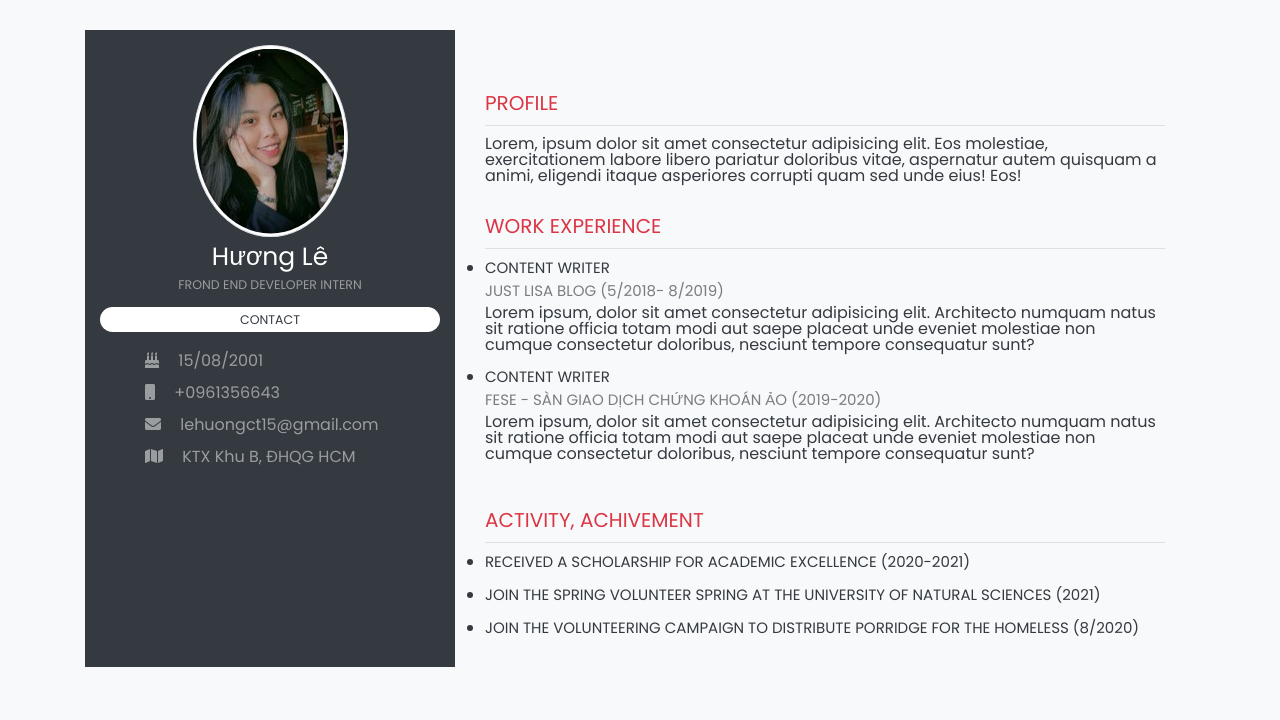
Repository: huongle158/cvhuongle
Page: index.html
An editor plug-in stored every save of this project. The page is shown before and after the next save, followed by the edit.
The browser window is 1280 px wide. The pictures show the whole page.
The page's requests for data from a server got no answer. Some web libraries are served in a nearby version.

Above is the page before, as saved 2021-12-13 01:17:05.

### index.html
<!DOCTYPE html>
<html lang="en">
  <head>
    <title>Resume</title>
    <link
      href="https://fonts.googleapis.com/css2?family=Poppins:wght@400;600&display=swap"
      rel="stylesheet"
    />
    <link rel="stylesheet" href="https://cdnjs.cloudflare.com/ajax/libs/font-awesome/5.10.0/css/all.min.css" integrity="sha512-PgQMlq+nqFLV4ylk1gwUOgm6CtIIXkKwaIHp/PAIWHzig/lKZSEGKEysh0TCVbHJXCLN7WetD8TFecIky75ZfQ==" crossorigin="anonymous" referrerpolicy="no-referrer" />
    <!-- Required meta tags -->
    <meta charset="utf-8" />
    <meta
      name="viewport"
      content="width=device-width, initial-scale=1, shrink-to-fit=no"
    />

    <!-- Bootstrap CSS -->
    <link
      rel="stylesheet"
      href="https://stackpath.bootstrapcdn.com/bootstrap/4.3.1/css/bootstrap.min.css"
      integrity="sha384-ggOyR0iXCbMQv3Xipma34MD+dH/1fQ784/j6cY/iJTQUOhcWr7x9JvoRxT2MZw1T"
      crossorigin="anonymous"
    />
    <link rel="stylesheet" href="./assets/css/style.css" />
  </head>
  <body class="bg-light">
    <div class="container p-5">
      <div class="row">

        <div class="col-lg-4 bg-dark text-white text-center py-4">
          <div class="header-left">
            <img
              src="./assets/img/188108614_380364193279457_3096500343222530064_n (1).jpg"
              alt=""
              class="img-thumbnail rounded-circle mb-2"
            />
            <h1 class="display-5">Hương Lê</h1>
            <h4 class="lead text-uppercase text-white-50 mb-4">
              Frond End Developer Intern
            </h4>
          </div>

          <div>
              <h5 class="text-uppercase bg-white text-dark py-2 rounded-pill mb-4" >contact</h5>
              <ul class="list-unstyled text-white-50 ml-5 py-2 text-left">
                  <li class="list-item mb-4">
                      <i class="fas fa-birthday-cake mx-4"></i>
                     15/08/2001
                  </li>
                  <li class="list-item mb-4">
                      <i class="fa fa-mobile mx-4"></i>
                      +0961356643
                  </li>
                  <li class="list-item mb-4">
                      <i class="fa fa-envelope mx-4"></i>
                      lehuongct15@gmail.com
                  </li>
                  <li class="list-item mb-4">
                      <i class="fa fa-map mx-4"></i>
                      KTX Khu B, ĐHQG HCM
                  </li>
              </ul>
          </div>
          <div class="m-skill">
              <!-- <h5 class="text-uppercase bg-white text-dark py-2 rounded-pill mb-4" >skills</h5>
              <ul class="list text-white-50 ml-5 py-2 text-left text-capitalize">
                <li class="list-item mb-4">Writing skills</li>
                <li class="list-item mb-4">English skills</li>
                <li class="list-item mb-4">Basically using Figma, Git</li>
                <li class="list-item mb-4">draw diagrams related to Business Analystt</li>
              </ul> -->
          </div>

        </div>

        <div class="col-lg-8 bg-light text-dark py-4 px-5">
             <div class="header-right mb-5 m-education">
                <!-- <h2 class="text-uppercase text-danger">Education</h2>
                <hr>
                 <ul class="list">
                <li class="list-item mb-4">University of Economic and Laws - VNU - HCM ( 8/2019 - Now)</li>
                <li class="list-item mb-4">Management Information System Major (MIS)</li>
                <li class="list-item mb-4">GPA: 7.74</li>
              </ul> -->
            </div>

            <br>
            <div class="header-right mb-5">
                <h2 class="text-uppercase text-danger">profile</h2>
                <hr>
                <p>Lorem, ipsum dolor sit amet consectetur adipisicing elit. Eos molestiae, exercitationem labore libero pariatur doloribus vitae, aspernatur autem quisquam a animi, eligendi itaque asperiores corrupti quam sed unde eius! Eos!</p>

            </div>

            <div class="mb-5">
                <h2 class="text-uppercase text-danger">Work Experience</h2>
                <hr>
                <ul class="list">
                <li class="list-item mb-4">
                    <h4 class="display-6 text-uppercase">Content Writer</h4>
                    <h4 class="text-uppercase text-black-50">Just Lisa blog  (5/2018- 8/2019) </h4>
                    <p>Lorem ipsum, dolor sit amet consectetur adipisicing elit. Architecto numquam natus sit ratione officia totam modi aut saepe placeat unde eveniet molestiae non cumque consectetur doloribus, nesciunt tempore consequatur sunt?</p>
                </li>
                 <li class="list-item mb-4">
                    <h4 class="display-6 text-uppercase">Content Writer</h4>
                    <h4 class="text-uppercase text-black-50">FESE - Sàn Giao dịch Chứng khoán ảo (2019-2020)</h4>
                    <p>Lorem ipsum, dolor sit amet consectetur adipisicing elit. Architecto numquam natus sit ratione officia totam modi aut saepe placeat unde eveniet molestiae non cumque consectetur doloribus, nesciunt tempore consequatur sunt?</p>
                </li>

              </ul>

            </div>
            <br>
             <div>
                <h2 class="text-uppercase text-danger">Activity, Achivement</h2>
                <hr>
                <ul class="list">

                 <li class="list-item mb-4">
                    <h4 class="display-6 text-uppercase">Received a scholarship for academic excellence (2020-2021)</h4>
                </li>
                <li class="list-item mb-4">
                    <h4 class="display-6 text-uppercase">Join the Spring Volunteer Spring at the University of Natural Sciences (2021)</h4>
                </li>
                <li class="list-item mb-4">
                    <h4 class="display-6 text-uppercase">Join the volunteering campaign to distribute porridge for the homeless (8/2020)</h4>
                </li>

              </ul>

            </div>
        </div>
      </div>
    </div>

    <!-- Optional JavaScript -->
    <!-- jQuery first, then Popper.js, then Bootstrap JS -->
    <script
      src="https://code.jquery.com/jquery-3.3.1.slim.min.js"
      integrity="sha384-q8i/X+965DzO0rT7abK41JStQIAqVgRVzpbzo5smXKp4YfRvH+8abtTE1Pi6jizo"
      crossorigin="anonymous"
    ></script>
    <script
      src="https://cdnjs.cloudflare.com/ajax/libs/popper.js/1.14.7/umd/popper.min.js"
      integrity="sha384-UO2eT0CpHqdSJQ6hJty5KVphtPhzWj9WO1clHTMGa3JDZwrnQq4sF86dIHNDz0W1"
      crossorigin="anonymous"
    ></script>
    <script
      src="https://stackpath.bootstrapcdn.com/bootstrap/4.3.1/js/bootstrap.min.js"
      integrity="sha384-JjSmVgyd0p3pXB1rRibZUAYoIIy6OrQ6VrjIEaFf/nJGzIxFDsf4x0xIM+B07jRM"
      crossorigin="anonymous"
    ></script>
    <script src="./assets/js/main.js"></script>
  </body>
</html>

### assets/css/style.css
html {
  box-sizing: border-box;
  font-family: 'Roboto', sans-serif;
}
* {
  margin: 0;
  padding: 0;
}
*,
*:before,
*:after {
  box-sizing: border-box;
}
input,
textarea,
select,
button {
  outline: none;
}
input {
  line-height: normal;
}
label,
button {
  cursor: pointer;
}
a {
  text-decoration: none;
}
img {
  display: block;
  max-width: 100%;
}
*,
*:before,
*:after {
  box-sizing: border-box;
}
/* using rem unit */
html {
  font-size: 62.5%;
}
a {
  text-decoration: none;
}
img {
  display: block;
  max-width: 100%;
}
body {
  font-family: "Poppins", sans-serif;
  font-size: 16px;
  line-height: 1;
}
/*  */
img.rounded-circle{
margin: 0 auto;
}

### assets/js/main.js
const educationpoint = "http://localhost:3000";
const education = "education";
const skill="skill"

async function displayEducation() {
    // const promise = await fetch(`${educationpoint}/${education}`);
    // const edudata = await promise.json();
    const edudata = await (await fetch(`${educationpoint}/${education}`)).json();
    const skillData = await (
      await fetch(`${educationpoint}/${skill}`)
    ).json();
    const eduEle = document.querySelector(".m-education");
    const skillEle = document.querySelector(".m-skill");
    const eduTemplate = `<h2 class="text-uppercase text-danger">Education</h2>
                <hr>
                 <ul class="list">
                <li class="list-item mb-4">${edudata[0].university}</li>
                <li class="list-item mb-4">${edudata[0].major}</li>
                <li class="list-item mb-4">GPA: ${edudata[0].gpa}</li>
              </ul>`;
    const skillTemplate = `<h5 class="text-uppercase bg-white text-dark py-2 rounded-pill mb-4" >skills</h5>
              <ul class="list text-white-50 ml-5 py-2 text-left text-capitalize">
                <li class="list-item mb-4">${skillData[0].skill1}</li>
                <li class="list-item mb-4">${skillData[0].skill2}</li>
                <li class="list-item mb-4">${skillData[0].skill3}</li>
                <li class="list-item mb-4">${skillData[0].skill4}</li>
              </ul>`;
    eduEle.insertAdjacentHTML("afterbegin", eduTemplate)
    skillEle.innerHTML = skillTemplate;
    // console.log(skillData)


}
displayEducation();

After the next save:
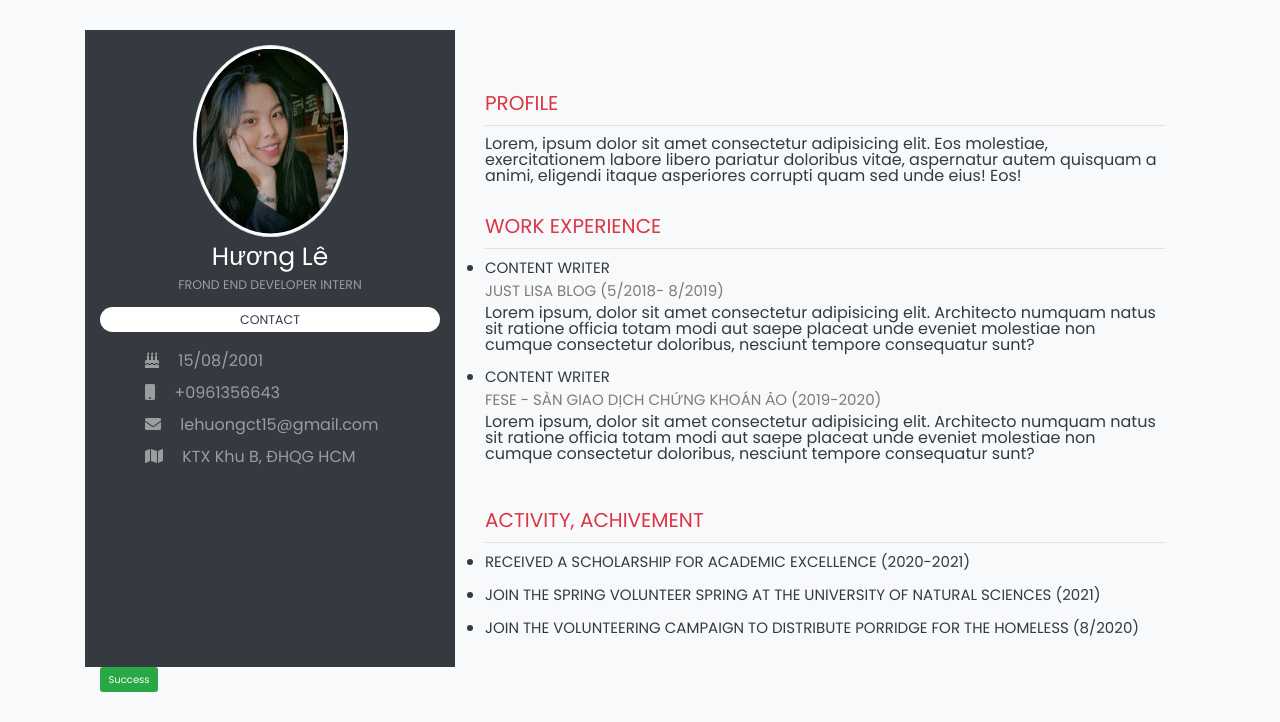
Saved 2 min 31 s later.
--- a/index.html
+++ b/index.html
@@ -131,6 +131,7 @@
             </div>
         </div>
       </div>
+      <button type="button" class="btn btn-success">Success</button>
     </div>
 
     <!-- Optional JavaScript -->
